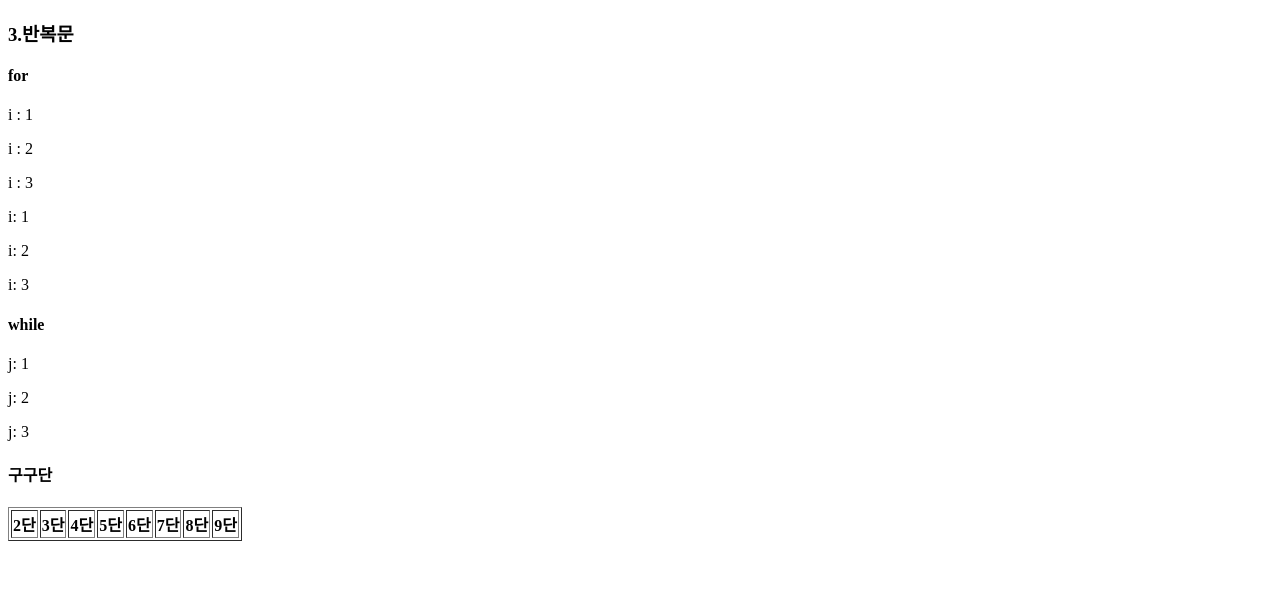
Repository: yun-setenforce/JSP
Page: http://localhost/Ch02/3_loop.jsp
These files come from the project's save history. The page is drawn as it stood at one moment and after the next save; the edit follows.
The browser window is 1280 px wide. The pictures show the whole page.
The page is served by Tomcat 9. Other server files are loaded and not shown.

Above is the page before, as saved 2023-07-24 02:27:53.

### Ch02/src/main/webapp/3_loop.jsp
<%@ page contentType="text/html;charset=UTF-8" pageEncoding="UTF-8"%>
<!DOCTYPE html>
<html>
	<head>
		<meta charset="UTF-8">
		<title>3_loop</title>
		<%--
			날짜 : 2023/07/24
			이름 : 정채윤
			내용 : JSP 스크립트릿 반복문 실습하기
		--%>
	</head>
	<body>
		<h3>3.반복문</h3>

		<h4>for</h4>
		<%
			for(int i=1; i<=3; i++){
				out.print("<p>i : " + i + "</p>");
			}
		%>

		<% for(int i=1; i<=3;i++){ %>
			<p>i: <%=i %></p>
		<% } %>

		<h4>while</h4>
		<%
			int j = 1;
			while(j<=3){
		%>
			<p>j: <%=j %></p>
		<%
				j++;
			}
		%>

		<h4>구구단</h4>
		<table border="1">
			<tr>
				<th>2단</th>
				<th>3단</th>
				<th>4단</th>
				<th>5단</th>
				<th>6단</th>
				<th>7단</th>
				<th>8단</th>
				<th>9단</th>
			</tr>
		</table>
	</body>
</html>

After the next save:
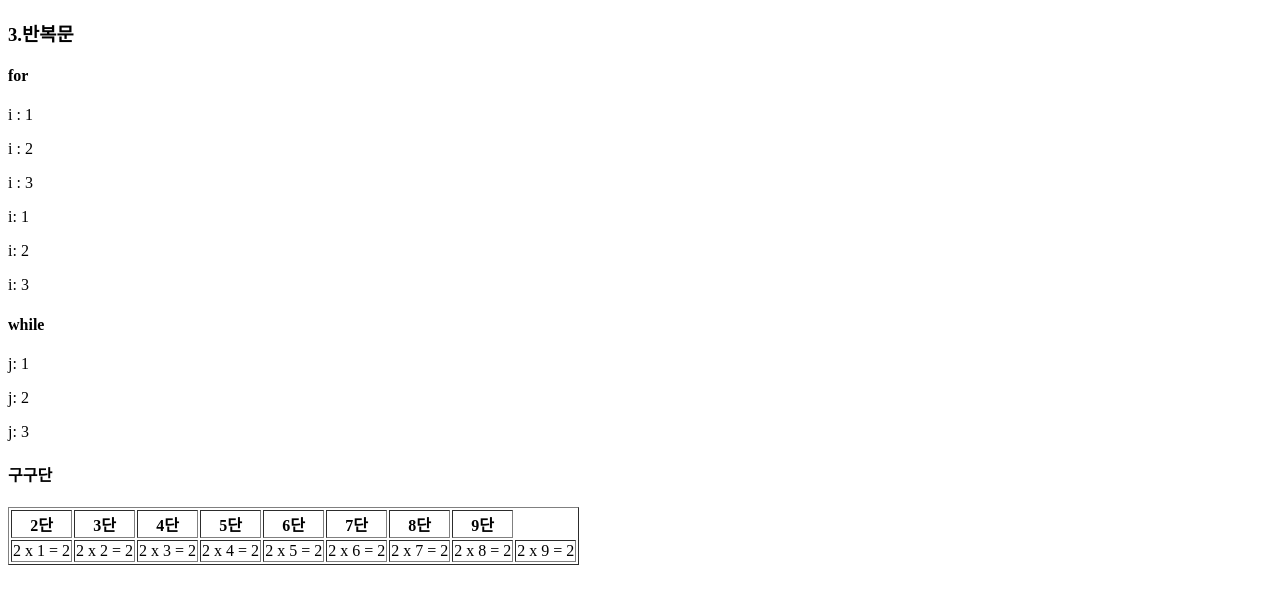
Saved 20 s later.
--- a/Ch02/src/main/webapp/3_loop.jsp
+++ b/Ch02/src/main/webapp/3_loop.jsp
@@ -47,6 +47,17 @@
 				<th>8단</th>
 				<th>9단</th>
 			</tr>
+			<tr>
+				<td>2 x 1 = 2</td>
+				<td>2 x 2 = 2</td>
+				<td>2 x 3 = 2</td>
+				<td>2 x 4 = 2</td>
+				<td>2 x 5 = 2</td>
+				<td>2 x 6 = 2</td>
+				<td>2 x 7 = 2</td>
+				<td>2 x 8 = 2</td>
+				<td>2 x 9 = 2</td>
+			</tr>
 		</table>
 	</body>
 </html>
